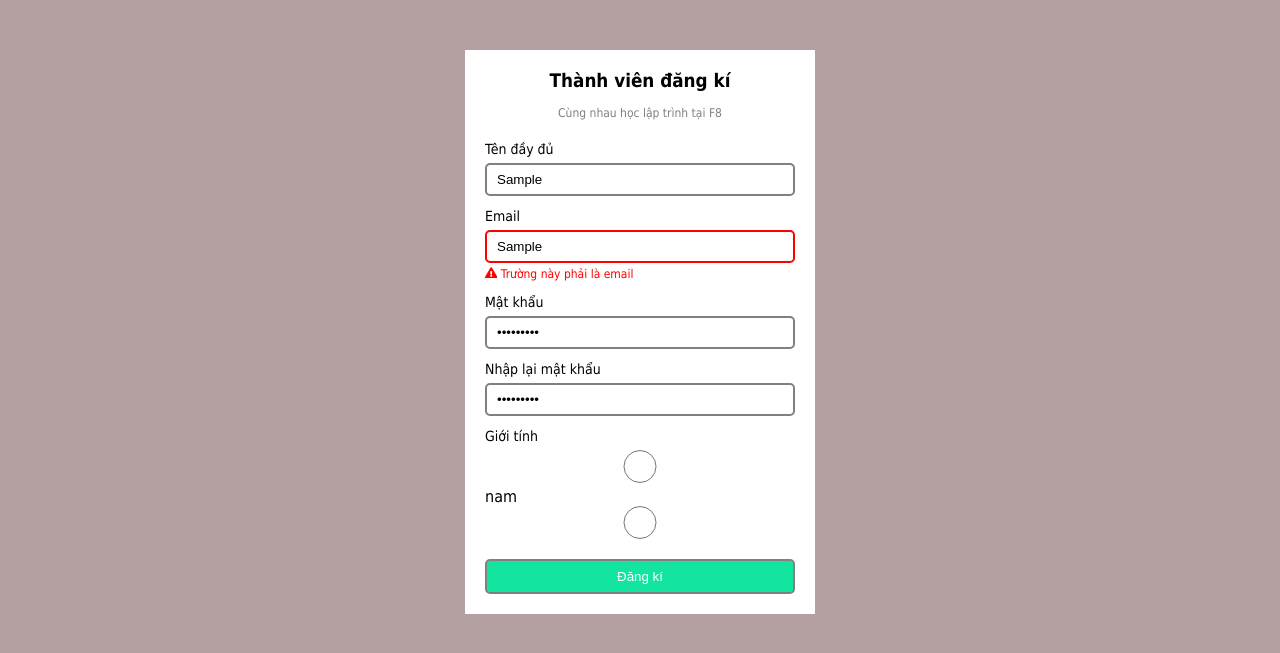
Repository: HuunvDev/Validator
Page: index.html
The author's editor kept a copy of each file at every save. The page is drawn from the files as they stood at one save, then again after a run of saves.
The browser window is 1280 px wide. The pictures show the whole page.
Empty fields were first filled with sample values (such as "Sample", 5 or name@example.com).
After loading, the first visible `#form-1` was submitted once.
Some web libraries are served in a nearby version.

Above is the page before, as saved 2022-08-21 08:39:33.

After the next 2 saves:
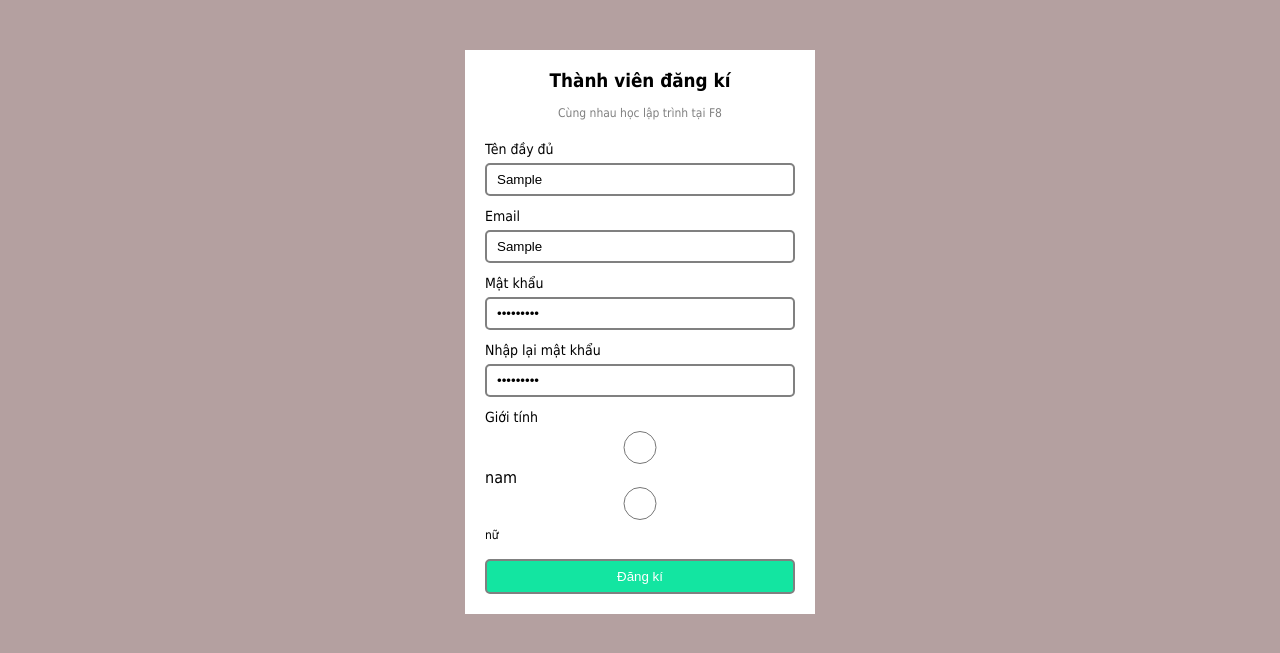
Console error: TypeError: value.trim is not a function
The 2 saves are shown as one change because they came seconds apart.
The last was saved 39 s later.
--- a/Validator.js
+++ b/Validator.js
@@ -22,7 +22,7 @@ function validator(options){
             switch(inputElement.type){
                 case 'radio':
                 case'checkbox':
-                   errorMessage= rules[i](inputElement.value);
+                   errorMessage= rules[i](document);
                    break;
                    default:
                     errorMessage= rules[i](inputElement.value);
